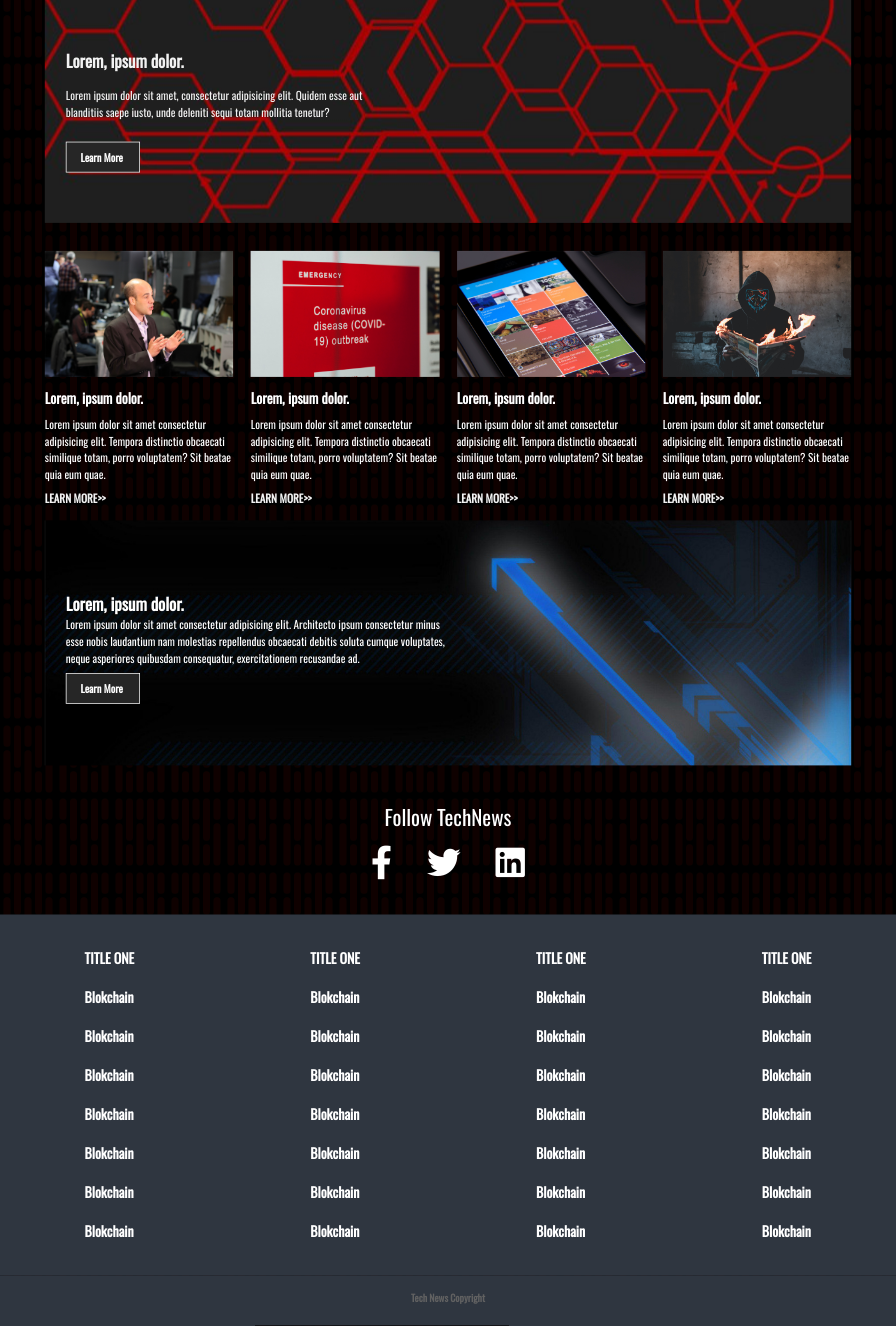
Repository: NickArregoces/News_Web
Page: index.html
An editor plug-in stored every save of this project. The page is shown before and after the next save, followed by the edit.
The browser window is 1280 px wide. The pictures show the part of the page from y = 1068 to 2988 px (the page is 2962 px tall before and 2988 px after), at 70% of full size.

Above is the page before, as saved 2021-12-24 21:20:44.

### index.html
<!DOCTYPE html>
<html lang="en">
<head>
    <meta charset="UTF-8">
    <meta http-equiv="X-UA-Compatible" content="IE=edge">
    <meta name="viewport" content="width=device-width, initial-scale=1.0">
    <title>TechNews</title>
    <!--FONT AWESOME-->
    <link rel="stylesheet" href="https://cdnjs.cloudflare.com/ajax/libs/font-awesome/6.0.0-beta3/css/all.min.css">

    <link rel="stylesheet" href="style.Css">
    <!--Oswald FONTS-->
    <link rel="preconnect" href="https://fonts.googleapis.com">
<link rel="preconnect" href="https://fonts.gstatic.com" crossorigin>
<link href="https://fonts.googleapis.com/css2?family=Oswald:wght@200;300;400&display=swap" rel="stylesheet">
</head>
<body>


    <div class="menu-btn">
        <i class="fas fa-bars fa-2x" ></i><!---fa-2x doble del tamañp-->

    </div>

    <div class="container">

        <nav class ="nav-main">
            <img src="img/brand.png" alt="" class="nav-brand">

            <ul class="nav-menu show">
                <li>
                    <a href="#">Web Development</a>
                </li>
                <li>
                    <a href="#">blochain</a>
                </li>
                <li>
                    <a href="#">Artificial Intelligence</a>
                </li>
                <li>
                    <a href="#">Machine Learning</a>
                </li>
                <li>
                    <a href="#">Quantum Computing</a>
                </li>
                <li>
                    <a href="#">Startup</a>
                </li>
                <li>
                    <a href="#">More</a>
                </li>
            </ul>
            <ul class="nav-menu-right">
                <li>
                    <a href="">
                        <i class="fas fa-search"></i>
                    </a>
                </li>
            </ul>
        </nav>
        <hr> <!--Crea una linea -->


        <!--Showcase=Imagen pricnipal-->
        <header class="showcase">
            <h2>Big News Today</h2>
            <p>Lorem ipsum dolor sit, amet consectetur adipisicing elit. A laboriosam eaque, praesentium suscipit velit harum cupiditate unde corrupti vitae, asperiores beatae quae. Minima veritatis quas blanditiis et assumenda aperiam voluptatum!</p>
        <!--lorem30 te crea 30 palabras-->
            <a class="btn" href="#">Read More>> <i class="fas fa-angles-double-right"></i></a>
        </header>

        <!--NEWS CARDS(COLUMNAS)-->
        <div class="news-cards">
            <div class="">
                <img src="img/news1.jpg" alt="News 1">
                <h3>Lorem, ipsum dolor.</h3>
                <p>Lorem ipsum dolor sit amet consectetur adipisicing elit. Tempora distinctio obcaecati similique totam, porro voluptatem? Sit beatae quia eum quae.</p>
                <a href="">Learn More>><i class="fas fa-amgle-dpuble-right"></i></a>
            </div>
            <div class="">
                <img src="img/news2.jpg" alt="News 2">
                <h3>Lorem, ipsum dolor.</h3>
                <p>Lorem ipsum dolor sit amet consectetur adipisicing elit. Tempora distinctio obcaecati similique totam, porro voluptatem? Sit beatae quia eum quae.</p>
                <a href="">Learn More>><i class fas fa-amgle-dpuble-right></i></a>
            </div>
            <div class="">
                <img src="img/news3.jpg" alt="News 3">
                <h3>Lorem, ipsum dolor.</h3>
                <p>Lorem ipsum dolor sit amet consectetur adipisicing elit. Tempora distinctio obcaecati similique totam, porro voluptatem? Sit beatae quia eum quae.</p>
                <a href="">Learn More>><i class="fas fa-amgle-dpuble-right" ></i></a>
            </div>
            <div class="">
                <img src="img/news4.jpg" alt="News 4">
                <h3>Lorem, ipsum dolor.</h3>
                <p>Lorem ipsum dolor sit amet consectetur adipisicing elit. Tempora distinctio obcaecati similique totam, porro voluptatem? Sit beatae quia eum quae.</p>
                <a href="">Learn More>><i class="fas fa-amgle-dpuble-right"></i></a>
            </div>
        </div>

        <div>

            <section class="cards-banner-one">
                <div class="content">
                    <h2>Lorem, ipsum dolor.</h2>
                    <p>Lorem ipsum dolor sit amet, consectetur adipisicing elit. Quidem esse aut blanditiis saepe iusto, unde deleniti sequi totam mollitia tenetur?</p>
                    <a href="#" class="btn">Learn More <i class="fas fa-amgle-dpuble-right"></i></a>
                </div>

            </section>

            <!--NEWS CARDS(COLUMNAS)-->
        <div class="news-cards">
            <div class="">
                <img src="img/news1.jpg" alt="News 1">
                <h3>Lorem, ipsum dolor.</h3>
                <p>Lorem ipsum dolor sit amet consectetur adipisicing elit. Tempora distinctio obcaecati similique totam, porro voluptatem? Sit beatae quia eum quae.</p>
                <a href="">Learn More>><i class="fas fa-amgle-dpuble-right"></i></a>
            </div>
            <div class="">
                <img src="img/news2.jpg" alt="News 2">
                <h3>Lorem, ipsum dolor.</h3>
                <p>Lorem ipsum dolor sit amet consectetur adipisicing elit. Tempora distinctio obcaecati similique totam, porro voluptatem? Sit beatae quia eum quae.</p>
                <a href="">Learn More>><i class fas fa-amgle-dpuble-right></i></a>
            </div>
            <div class="">
                <img src="img/news3.jpg" alt="News 3">
                <h3>Lorem, ipsum dolor.</h3>
                <p>Lorem ipsum dolor sit amet consectetur adipisicing elit. Tempora distinctio obcaecati similique totam, porro voluptatem? Sit beatae quia eum quae.</p>
                <a href="">Learn More>><i class="fas fa-amgle-dpuble-right" ></i></a>
            </div>
            <div class="">
                <img src="img/news4.jpg" alt="News 4">
                <h3>Lorem, ipsum dolor.</h3>
                <p>Lorem ipsum dolor sit amet consectetur adipisicing elit. Tempora distinctio obcaecati similique totam, porro voluptatem? Sit beatae quia eum quae.</p>
                <a href="">Learn More>><i class="fas fa-amgle-dpuble-right"></i></a>
            </div>
        </div>

        <section class="cards-banner-two">
            <div class="content">
                <h2>Lorem, ipsum dolor.</h2>
                <p>Lorem ipsum dolor sit amet consectetur adipisicing elit. Architecto ipsum consectetur minus esse nobis laudantium nam molestias repellendus obcaecati debitis soluta cumque voluptates, neque asperiores quibusdam consequatur, exercitationem recusandae ad.</p>
                <a href="#" class="btn">Learn More <i class="fas fa-angles-double-right"></i> </a>
            </div>
        </section>

        <section class="social">

                <p> Follow TechNews</p>
                <div class="links">
                    <a href="#"><!--Se crean lo iconos automaticamente-->
                        <i class="fab fa-facebook-f"></i>
                    </a>
                <a href="#">
                    <i class="fab fa-twitter"></i>
                </a>
                <a href="#">
                    <i class="fab fa-linkedin"></i>
                </a>

                </div>

        </section>

        </div>

    </div>

    <div class="footer-links">
        <div class="footer-container">
            <ul>
                <li>
                    <a href="#">
                        <h3>TITLE ONE</h3>
                    </a>
                </li>
                <li>
                    <a href="#">
                        <h3>Blokchain</h3>
                    </a>
                </li>
                <li>
                    <a href="#">
                        <h3>Blokchain</h3>
                    </a>
                </li>
                <li>
                    <a href="#">
                        <h3>Blokchain</h3>
                    </a>
                </li>
                <li>
                    <a href="#">
                        <h3>Blokchain</h3>
                    </a>
                </li>
                <li>
                    <a href="#">
                        <h3>Blokchain</h3>
                    </a>
                </li>
                <li>
                    <a href="#">
                        <h3>Blokchain</h3>
                    </a>
                </li>
                <li>
                    <a href="#">
                        <h3>Blokchain</h3>
                    </a>
                </li>
            </ul>

            <ul>
                <li>
                    <a href="#">
                        <h3>TITLE ONE</h3>
                    </a>
                </li>
                <li>
                    <a href="#">
                        <h3>Blokchain</h3>
                    </a>
                </li>
                <li>
                    <a href="#">
                        <h3>Blokchain</h3>
                    </a>
                </li>
                <li>
                    <a href="#">
                        <h3>Blokchain</h3>
                    </a>
                </li>
                <li>
                    <a href="#">
                        <h3>Blokchain</h3>
                    </a>
                </li>
                <li>
                    <a href="#">
                        <h3>Blokchain</h3>
                    </a>
                </li>
                <li>
                    <a href="#">
                        <h3>Blokchain</h3>
                    </a>
                </li>
                <li>
                    <a href="#">
                        <h3>Blokchain</h3>
                    </a>
                </li>
            </ul>

            <ul>
                <li>
                    <a href="#">
                        <h3>TITLE ONE</h3>
                    </a>
                </li>
                <li>
                    <a href="#">
                        <h3>Blokchain</h3>
                    </a>
                </li>
                <li>
                    <a href="#">
                        <h3>Blokchain</h3>
                    </a>
                </li>
                <li>
                    <a href="#">
                        <h3>Blokchain</h3>
                    </a>
                </li>
                <li>
                    <a href="#">
                        <h3>Blokchain</h3>
                    </a>
                </li>
                <li>
                    <a href="#">
                        <h3>Blokchain</h3>
                    </a>
                </li>
                <li>
                    <a href="#">
                        <h3>Blokchain</h3>
                    </a>
                </li>
                <li>
                    <a href="#">
                        <h3>Blokchain</h3>
                    </a>
                </li>
            </ul>

            <ul>
                <li>
                    <a href="#">
                        <h3>TITLE ONE</h3>
                    </a>
                </li>
                <li>
                    <a href="#">
                        <h3>Blokchain</h3>
                    </a>
                </li>
                <li>
                    <a href="#">
                        <h3>Blokchain</h3>
                    </a>
                </li>
                <li>
                    <a href="#">
                        <h3>Blokchain</h3>
                    </a>
                </li>
                <li>
                    <a href="#">
                        <h3>Blokchain</h3>
                    </a>
                </li>
                <li>
                    <a href="#">
                        <h3>Blokchain</h3>
                    </a>
                </li>
                <li>
                    <a href="#">
                        <h3>Blokchain</h3>
                    </a>
                </li>
                <li>
                    <a href="#">
                        <h3>Blokchain</h3>
                    </a>
                </li>
            </ul>
        </div>
    </div>

    <footer class="footer">
        <h3>Tech News Copyright</h3>
    </footer>

    <script src="./main.js" ></script>
</body>
</html>

### style.Css
*{
    box-sizing: border-box;
    margin: 0;
    padding: 0;
}

body{
    background:#000000;
    color:#ffff;
    background-color: #000000;
    background-image: url("data:[embedded picture, 663 characters]");
    font-size: 16px;
    font-family: 'Oswald', sans-serif;
}

a{
    color: #ffff;
    text-decoration: none;
}

ul{
    list-style: none;
}
.container{
    width: 90%;/*responsive*/
    margin: auto;
    color: #ffff;/*MIO*/
}
/*Navigation*/
.nav-main{
    font-size: 17px;
    display: flex;/*Elememnto al lado de otro*/
    justify-content: space-between;
    align-items: center;
    height: 60px;
    padding: 20px 0px;
}
.nav-brand{
    width: 50px;
}

/*Nav Left*/
.nav-main ul{
    display:flex;
}

.nav-main ul li{
    padding: 10px;
}

.nav-main ul li a{
    padding: 6px;
}

.nav-main ul li a:hover {
    border-bottom: 2px solid #ffffff;
}
.nav-main ul.nav-menu{
    flex:1;
    margin-left: 20px;
}

.menu-btn {
    position: absolute;
    cursor: pointer;
    top: 15px;
    right: 30px;
    z-index: 2;
}

/*Showcase*/
hr{
    margin:10px 0px;
}
.showcase{
    width: 100%;
    height: 550px;
    /*Arreglar img */
    background: url(/img/showcase2.jpg) no-repeat center center/cover;
    padding: 50px;
    margin-bottom: 20px;/*Margen interna*/
    display:flex;
    flex-direction: column;
    align-items: center;/*centrar P*/
    justify-content: flex-end; /*p al final*/
}

.btn{
    cursor: pointer;
    display: inline-block;
    border: 0;
    font-weight: bold;
    padding: 10px 20px;
    background: #262626;
    color:#ffffff;
    font-size: 15px;
    border: 1px solid #ffff;
    margin:10px 0px;
}

.btn:hover{
    opacity: 0.7;
}

.showcase h2,
.showcase p{
    margin-bottom: 10px;
}

/*News CARS*/
.news-cards{
    display: grid;
    grid-template-columns: 1fr 1fr 1fr 1fr;/*4 columnas*/
    gap: 25px;/*espaciado card*/
    margin: 10px 0;
}

.news-cards img{
    width:100%;
    height:  180px;
}

.news-cards h3{
    font-size: 20px;
    margin:  10px 0;

}

.news-cards a{
    padding: 10px 0;
    color: #f2f2f2;
    text-transform: uppercase;
    display: inline-block;
    font-weight: bold;
}

.news-cards a:hover{
    text-decoration: underline; /*Line debajo*/
}

/*Cards-banner-one*/

.cards-banner-one {
    width: 100%;
    height: 350px;
    background: url(./img/tech-red.jpg) no-repeat center/cover;;
    margin-bottom: 40px;
}
.cards-banner-one .content{
    width: 40%;
    padding: 90px 0 0 30px;
    color: #f2f2f2;
}

.cards-banner-one p,
.cards-banner-one h2{
    margin: 10px 0 20px 0;
}

/*CARDS BANNER TWO*/

.cards-banner-two{
    background: url(./img/image-five.jpg) no-repeat center/cover;
    width: 100%;
    height: 350px;
}

.cards-banner-two .content{
    width: 50%;
    padding: 100px 0 0 30px;
}

/*Social*/
.social{
    margin: 50px;
}

.social p{
    text-align: center;
    font-size: 30px;
    margin-bottom: 20px;
}

.links{
    display: flex;
    align-items: center;
    justify-content: center;
}

.links a{
    margin: 0 25px;
}
.links a i{
    font-size: 3rem;
}

/*Footer-Links*/

.footer-links{
    background: #2f3640;
    color: #616161;
    font-size: 17px;
    padding: 35px 0;
}

.footer-container {
    display: grid;/*activa grid*/
    grid-template-columns: repeat(4, 1fr);
    gap: 10px;
    align-items: flex-start;
    justify-content: center;
}

.footer-container ul{
    margin:0 auto; /*Automaticamente margen separadas*/
}
.footer-container ul li{
    line-height: 2.8;
}

.footer{
    background: #2f3640;
    color: #616161;
    font-size: 12px;
    padding:20px 0;
    text-align: center;
    padding-bottom: 30px;
}

/*!RESPONSIVE*/
@media (max-width: 700px) {

    .nav-main ul.nav-menu{
        display: block; /*Los elementos de bajan en linea*/
        position: absolute;
        top: 0;
        left: 0;/*Para que quede al borde*/
        background: #2f3640;
        height: 100%;
        padding: 30px;
        opacity: .9;
        transform: translateX(-400px);/*se muestre el boton*/
        transition: transform .5s ease-in-out ;
    }

    .nav-main ul.nav-menu.show{
        transform: translateX(-20px);
    }

    .nav-main ul.nav-menu li{
        padding: 20px;
        /*border-bottom: #ccc solid 1px  para borde abajo*/
        font-size: 14px;
    }

    .nav-main ul.nav-menu-right{
        margin-right: 40px;
    }
    .news-cards {
        grid-template-columns: repeat(2, 1fr);
    }

    .cards-banner-one .content,
    .cards-banner-two .content{
        width: 80%;
    }

    .footer-links .footer-container{
        grid-template-columns: repeat(2, 1fr);
    }
}

@media (max-width: 500px) {
    .news-cards {
        grid-template-columns: 1fr;/* 1 columna*/
    }

    .news-cards img{
        height:  270px;
    }

    .cards-banner-two .content,
    .cards-banner-one .content{
        width: 100%;
        padding: 60px 20px;
    }

    .footer-links .footer-container{
        grid-template-columns: 1fr;
    }
}

### main.js
// boton
document.querySelector('.menu-btn').addEventListener('click', () => {// seleccionar un documento clase btn
    document.querySelector('.nav-menu').classList.toggle('show'); // claslist añadir o quitar la clase show
});

After the next save:
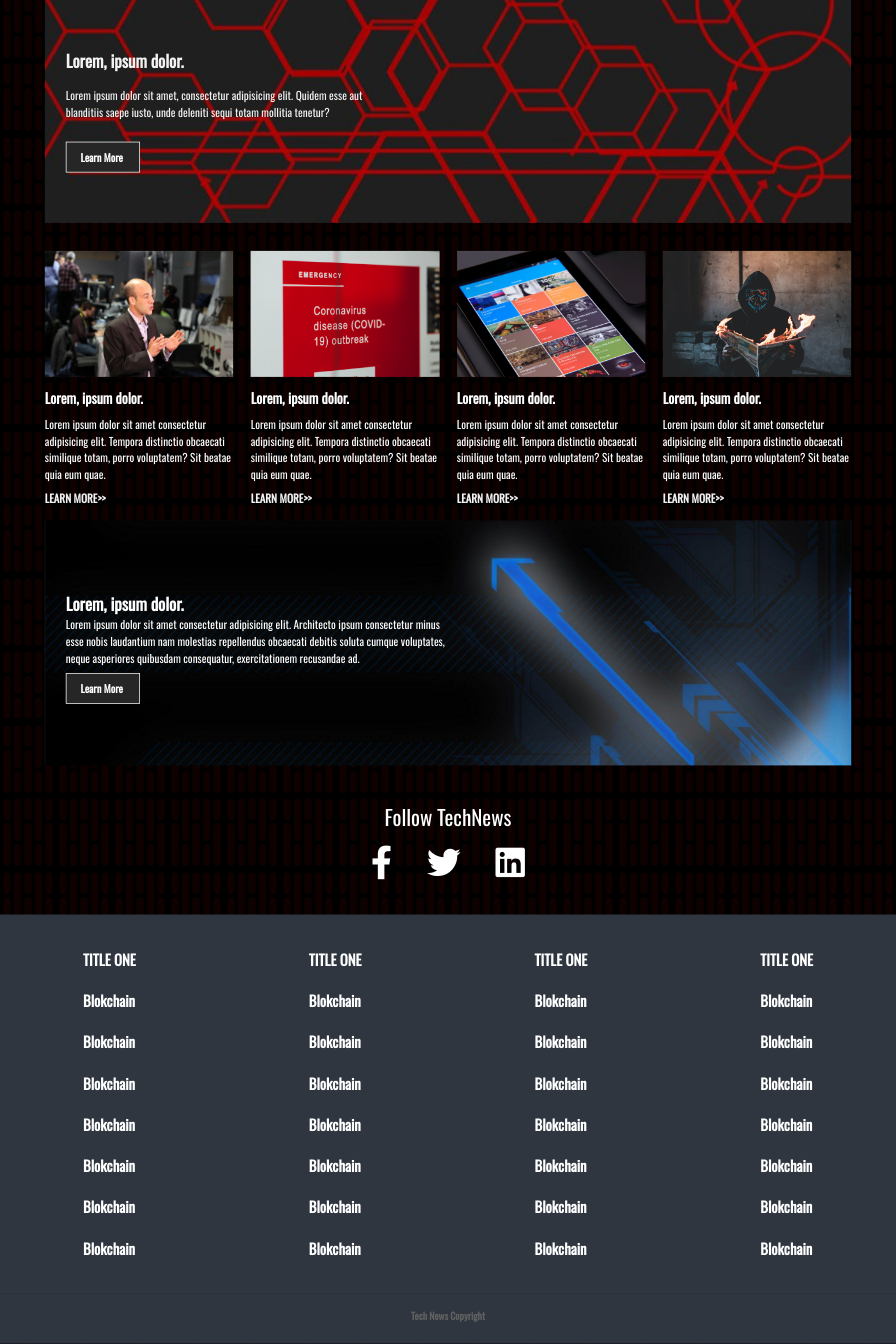
Saved 8 s later.
--- a/style.Css
+++ b/style.Css
@@ -199,7 +199,7 @@ hr{
 .footer-links{
     background: #2f3640;
     color: #616161;
-    font-size: 17px;
+    font-size: 18px;
     padding: 35px 0;
 }
 
